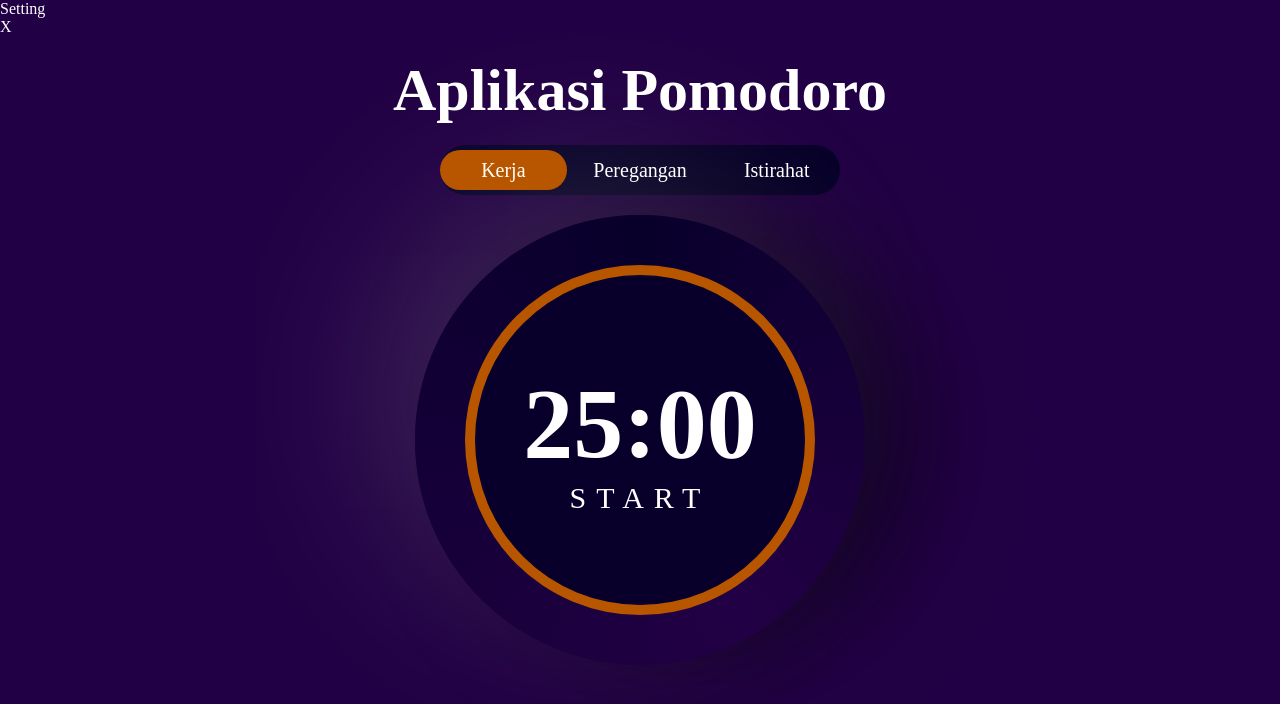
Repository: sellayspy/aplikasiPomodoro
Page: /
An editor plug-in stored every save of this project. The page is shown before and after the next save, followed by the edit.
The browser window is 1280 px wide. The pictures show the whole page.
The project was rebuilt for these pictures with package versions that can differ from the ones it lists, and the page was loaded fresh each time. Also part of the build but not shown: vite.config.js.

Above is the page before, as saved 2024-11-25 16:08:29.

After the next save:
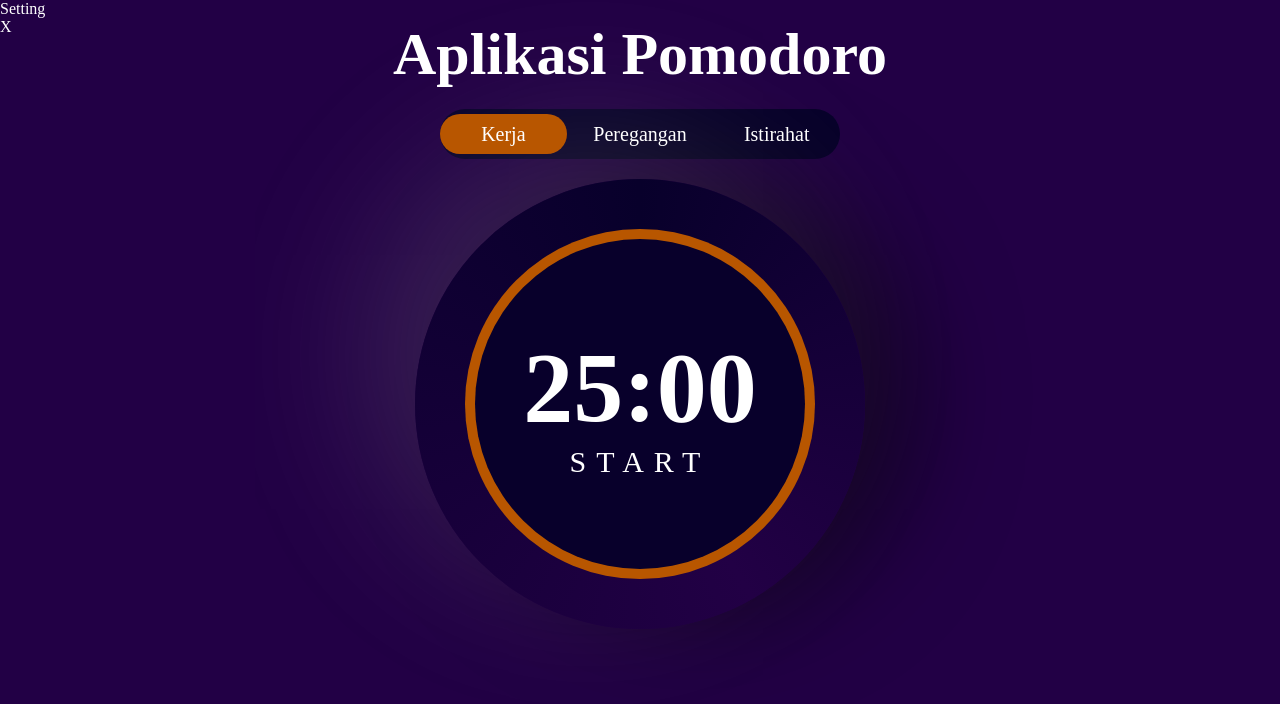
Saved 22 s later.
--- a/src/components/Settings/ModalContainer.jsx
+++ b/src/components/Settings/ModalContainer.jsx
@@ -16,7 +16,9 @@ const ModalContainer = () => {
 
 export default ModalContainer;
 
-const Container = styled.div``;
+const Container = styled.div`
+  position: absolute;
+`;
 const ModalContent = styled.div``;
 const ModalHeader = styled.div``;
 const ModalTitle = styled.div``;
